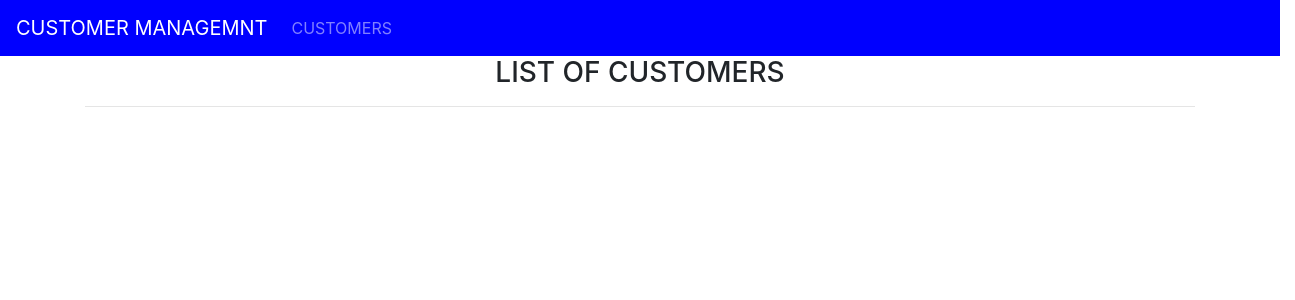
Repository: shruti-2522/webdirekt-assignment
Page: http://localhost/Customer-Project/
These files come from the project's save history. The page is drawn as it stood at one moment and after the next save; the edit follows.
The browser window is 1280 px wide. The page is 1295 px wide, so the pictures cover 1295 px, including what lies to the right of the window. The pictures show the whole page.
The page is served by Tomcat 9. Other server files are loaded and not shown. Queries for data that is not in the repository find no rows.

Above is the page before, as saved 2021-07-05 10:51:48.

### Customer-Project/src/main/webapp/customer-list.jsp
<%@ page language="java" contentType="text/html; charset=ISO-8859-1"
    pageEncoding="ISO-8859-1"%>
<!DOCTYPE html>
<html>
<head>
<meta charset="ISO-8859-1">
<title>CUSTOMER LIST</title>
<link rel="stylesheet"
	href="https://cdn.jsdelivr.net/npm/bootstrap@4.5.3/dist/css/bootstrap.min.css"
	integrity="sha384-TX8t27EcRE3e/ihU7zmQxVncDAy5uIKz4rEkgIXeMed4M0jlfIDPvg6uqKI2xXr2"
	crossorigin="anonymous">
</head>
<body>
<header>
		<nav class="navbar navbar-expand-md navbar-dark"
			style="background-color: blue">
			<div>
				<a class="navbar-brand">CUSTOMER MANAGEMNT</a>
			</div>

			<ul class="navbar-nav">
				<li><a href="<%=request.getContextPath()%>/list"
					class="nav-link">CUSTOMERS</a></li>
			</ul>
		</nav>


	</header>


	<div class="row">
	<div class="container">
	<h3 class="text-center">LIST OF  CUSTOMERS</h3>
	<hr>
	</div>

	<div class="container text-left">
	<a href="<%= request.getContextPath() %>"

	</div>


	</div>


</body>
</html>

### Customer-Project/src/main/java/com/user/customer/Web/customerServlet.java
package com.user.customer.Web;

import java.io.IOException;
import java.sql.SQLException;
import java.util.List;

import javax.servlet.RequestDispatcher;
import javax.servlet.ServletException;
import javax.servlet.annotation.WebServlet;
import javax.servlet.http.HttpServlet;
import javax.servlet.http.HttpServletRequest;
import javax.servlet.http.HttpServletResponse;

import com.user.customer.Dao.customerDao;
import com.user.customer.Model.Customer;

@WebServlet("/")
public class customerServlet extends HttpServlet {
	private static final long serialVersionUID = 1L;
	private customerDao customerdao;

	public void init() {
		customerdao = new customerDao();

	}

	protected void doPost(HttpServletRequest request, HttpServletResponse response)
			throws ServletException, IOException {

		doGet(request, response);
	}

	protected void doGet(HttpServletRequest request, HttpServletResponse response)
			throws ServletException, IOException {
		String action = request.getContextPath();

		try {
			switch (action) {
			case "/new":
				showNewForm(request, response);
				break;
			case "/insert":
				insertCustomer(request, response);
				break;
			case "/edit":
				showEditForm(request, response);

				break;
			case "/update":
				updateCustomer(request, response);

				break;
			case "/delete":
				deleteCustomer(request, response);
				break;

			default:
				listCustomer(request, response);
				break;
			}
		} catch (SQLException e) {
			throw new ServletException();
		}
	}

	// new
	private void showNewForm(HttpServletRequest request, HttpServletResponse response)
			throws ServletException, IOException {
		RequestDispatcher r1 = request.getRequestDispatcher("customer-form.jsp");
		r1.forward(request, response);

	}

	// insert
	private void insertCustomer(HttpServletRequest request, HttpServletResponse response)
			throws SQLException, IOException {
		String name = request.getParameter("name");
		String addr1 = request.getParameter("addr1");
		String addr2 = request.getParameter("addr2");
		String street = request.getParameter("street");
		String country = request.getParameter("country");
		int zip = Integer.parseInt(request.getParameter("zip"));
		String city = request.getParameter("city");
		int phone = Integer.parseInt(request.getParameter("phone"));
		int fax = Integer.parseInt(request.getParameter("fax"));
		String web = request.getParameter("web");
		String email = request.getParameter("email");
		String notes = request.getParameter("notes");

		Customer c1 = new Customer(name, addr1, addr2, street, country, zip, city, phone, fax, web, email, notes);
		customerdao.insertCustomer(c1);
		response.sendRedirect("list");

	}

	private void showEditForm(HttpServletRequest request, HttpServletResponse response)
			throws ServletException, IOException, SQLException {

		int id = Integer.parseInt(request.getParameter("id"));

		Customer c2 = customerdao.selectCustomer(id);
		RequestDispatcher r2 = request.getRequestDispatcher("customer-form.jsp");
		request.setAttribute("customer", c2);

		r2.forward(request, response);

	}

	// update
	private void updateCustomer(HttpServletRequest request, HttpServletResponse response) throws SQLException, IOException {
		int id = Integer.parseInt(request.getParameter("id"));
		String name = request.getParameter("name");
		String addr1 = request.getParameter("addr1");
		String addr2 = request.getParameter("addr2");
		String street = request.getParameter("street");
		String country = request.getParameter("country");
		int zip = Integer.parseInt(request.getParameter("zip"));
		String city = request.getParameter("city");
		int phone = Integer.parseInt(request.getParameter("phone"));
		int fax = Integer.parseInt(request.getParameter("fax"));
		String web = request.getParameter("web");
		String email = request.getParameter("email");
		String notes = request.getParameter("notes");

		Customer c1 = new Customer(name, addr1, addr2, street, country, zip, city, phone, fax, web, email, notes);
		customerdao.updateCustomer(c1);
		response.sendRedirect("list");

	}

	private void deleteCustomer(HttpServletRequest request, HttpServletResponse response)
			throws SQLException, IOException {
		int id = Integer.parseInt(request.getParameter("id"));
		customerdao.delCustomer(id);
		response.sendRedirect("list");

	}

	private void listCustomer(HttpServletRequest request, HttpServletResponse response)
			throws SQLException, ServletException, IOException {
		List<Customer> listCustomer = customerdao.selectAllCustomer();
		request.setAttribute("listCustomer", listCustomer);
		RequestDispatcher r6 = request.getRequestDispatcher("customer-list.jsp");
		r6.forward(request, response);

	}

}

After the next save:
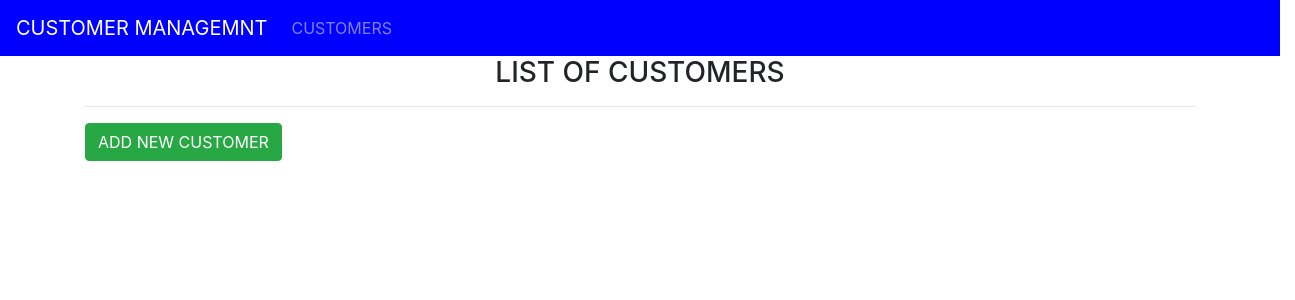
Saved 34 s later.
--- a/Customer-Project/src/main/webapp/customer-list.jsp
+++ b/Customer-Project/src/main/webapp/customer-list.jsp
@@ -35,7 +35,7 @@
 	</div>
 
 	<div class="container text-left">
-	<a href="<%= request.getContextPath() %>"
+	<a href="<%= request.getContextPath() %>/new" class="btn btn-success">ADD NEW CUSTOMER</a>
 
 	</div>
 
